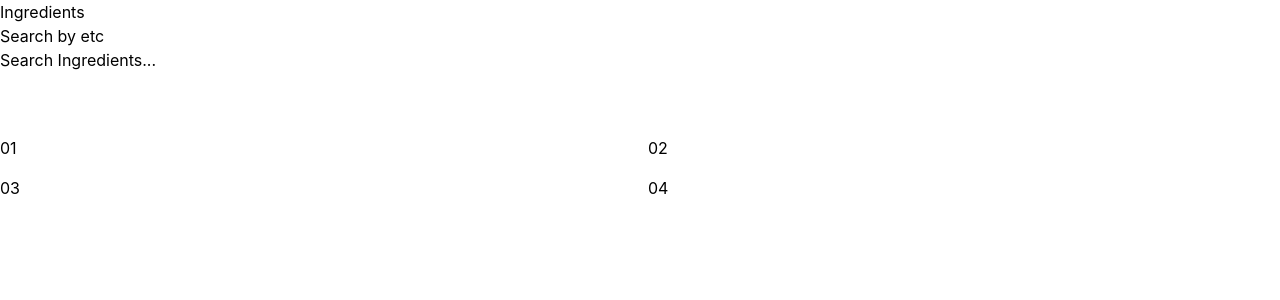
Repository: thais-chen/Meal
Page: /ingredients (app in meal-plan/)
An editor plug-in stored every save of this project. The page is shown before and after the next save, followed by the edit.
The browser window is 1280 px wide. The pictures show the whole page.
The project was rebuilt for these pictures with package versions that can differ from the ones it lists, and the page was loaded fresh each time. The framework's server and built-in components were replaced by stand-ins that run in the browser. Also part of the build but not shown: meal-plan/next.config.js.

Above is the page before, as saved 2022-08-09 15:36:41.

After the next save:
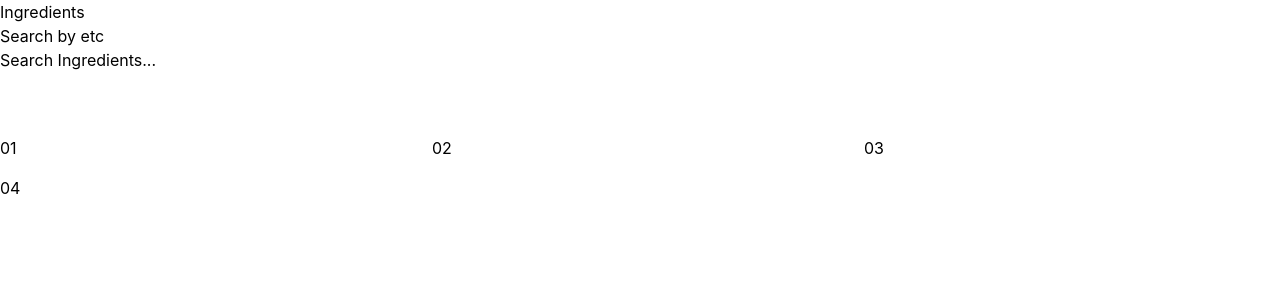
Saved 34 s later.
--- a/meal-plan/comps/Grid.js
+++ b/meal-plan/comps/Grid.js
@@ -2,7 +2,7 @@
 const Grid = () => {
 
     return (
-      <div className="grid grid-cols-2 gap-4 place-content-center h-48 ...">
+      <div className="grid grid-cols-3 gap-4 place-content-center h-48 ...">
         <div>01</div>
         <div>02</div>
         <div>03</div>
